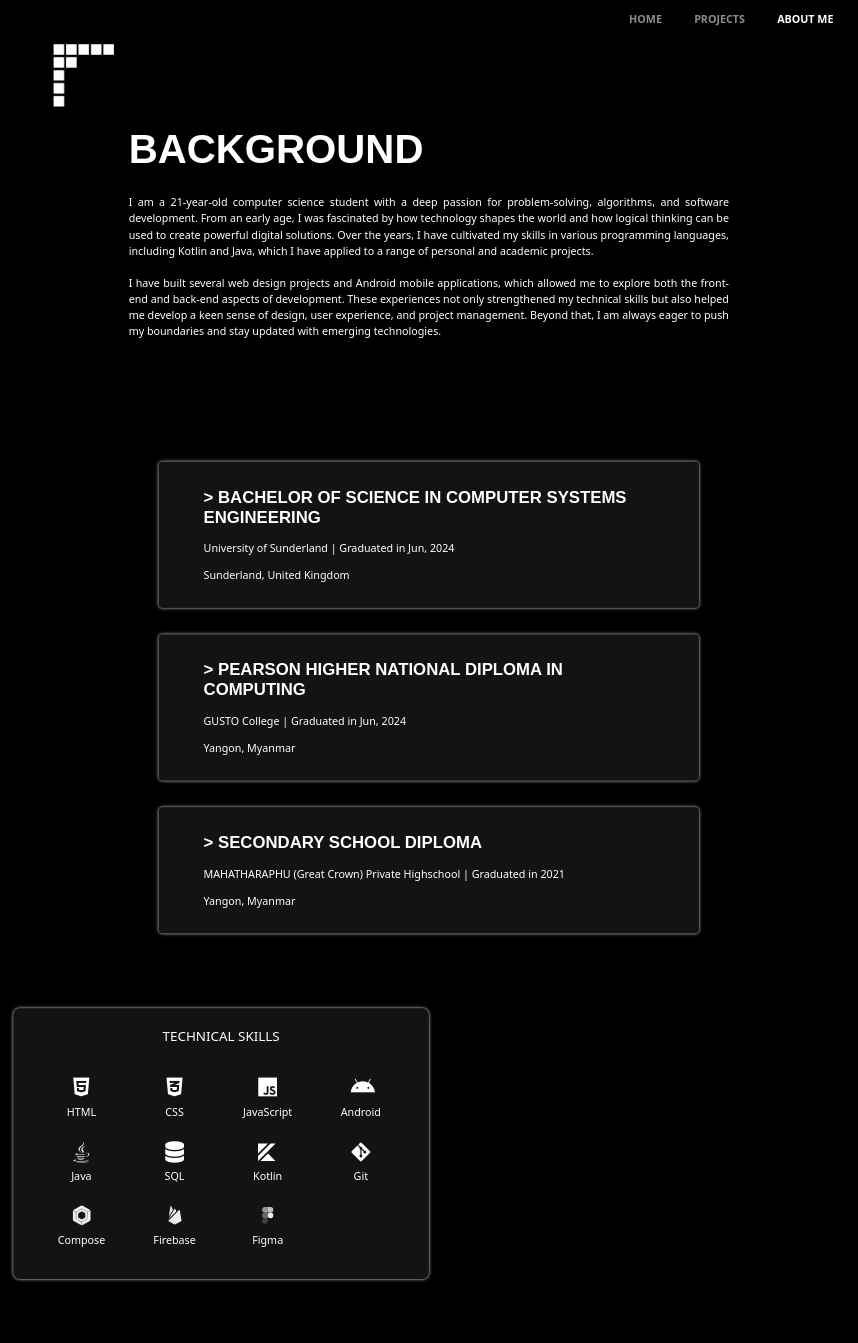
Repository: pyaestk/Portfolio-template
Page: aboutme.html
The author's editor kept a copy of each file at every save. The page is drawn from the files as they stood at one save, then again after the next save.
The browser window is 1280 px wide. The pictures show the whole page, at 67% of full size.
Some web fonts or font styles are not loaded; a fallback is used. Some web libraries are served in a nearby version.

Above is the page before, as saved 2025-05-24 13:11:03.
Console error: TypeError: Cannot read properties of null (reading 'addEventListener')

### aboutme.html
<!DOCTYPE html>

<html lang="en">

<head>
  <link href="https://cdn.jsdelivr.net/npm/bootstrap@5.3.5/dist/css/bootstrap.min.css" rel="stylesheet"
    integrity="sha384-SgOJa3DmI69IUzQ2PVdRZhwQ+dy64/BUtbMJw1MZ8t5HZApcHrRKUc4W0kG879m7" crossorigin="anonymous">
  <script src="https://cdn.jsdelivr.net/npm/bootstrap@5.3.5/dist/js/bootstrap.bundle.min.js"
    integrity="sha384-k6d4wzSIapyDyv1kpU366/PK5hCdSbCRGRCMv+eplOQJWyd1fbcAu9OCUj5zNLiq"
    crossorigin="anonymous"></script>
  <link rel="stylesheet" href="https://cdnjs.cloudflare.com/ajax/libs/font-awesome/6.1.2/css/all.min.css">
  <link href="styles.css" rel="stylesheet">

  <!-- google fonts -->
  <link rel="preconnect" href="https://fonts.googleapis.com">
  <link rel="preconnect" href="https://fonts.gstatic.com" crossorigin>
  <link href="https://fonts.googleapis.com/css2?family=Doto:wght@100..900&display=swap" rel="stylesheet">
  <link href="https://fonts.googleapis.com/css2?family=Roboto:ital,wght@0,100..900;1,100..900&display=swap"
    rel="stylesheet">

  <meta charset="utf-8">
  <meta name="viewport" content="width=device-width, initial-scale=1, minimum-scale=1, maximum-scale=1 ">

  <title>My Webpage</title>
</head>

<body class="bg-black">


  <nav class="navbar navbar-expand-lg bg-black navbar-dark sticky-top">
    <div class="container-fluid">
      <a class="navbar-brand" href="#"></a>
      <button class="navbar-toggler" type="button" data-bs-toggle="collapse" data-bs-target="#navbarNav"
        aria-controls="navbarNav" aria-expanded="false" aria-label="Toggle navigation">
        <span class="navbar-toggler-icon"></span>
      </button>
      <div class="collapse navbar-collapse justify-content-end" id="navbarNav">
        <ul class="navbar-nav text-center">
          <li class="nav-item px-3">
            <a class="nav-link" aria-current="page" href="index.html">HOME</a>
          </li>
          <li class="nav-item px-3">
            <a class="nav-link" href="projects.html">PROJECTS</a>
          </li>
          <li class="nav-item px-3">
            <a class="nav-link active" href="aboutme.html">ABOUT ME</a>
          </li>
        </ul>
      </div>
    </div>
  </nav>

  <div class="background-container text-white">
    <img src="img/decoration-block2.png" class="decoration-image-1" style="--delay: .2s;">

    <h4 class="title" style="--delay: .3s;">BACKGROUND</h4>
    <p style="--delay: .4s;">I am a 21-year-old computer science student with a deep passion for problem-solving,
      algorithms, and software development. From an early age, I was fascinated by how technology shapes the world and
      how logical thinking can be used to create powerful digital solutions. Over the years, I have cultivated my skills
      in various programming languages, including Kotlin and Java, which I have applied to a range of personal and
      academic projects.
      <br><br>
      I have built several web design projects and Android mobile applications, which allowed me to explore both the
      front-end and back-end aspects of development. These experiences not only strengthened my technical skills but
      also helped me develop a keen sense of design, user experience, and project management. Beyond that, I am always
      eager to push my boundaries and stay updated with emerging technologies.
      <!-- <br><br>
      Currently, I am particularly interested in deepening my knowledge in fields such as artificial intelligence,
      software engineering, and cybersecurity. I am constantly exploring new concepts through online courses, tutorials,
      and technical communities. My goal is to continue developing solutions that are not only technically sound but
      also meaningful and impactful.
      <br><br>
      Driven by curiosity and a desire to innovate, I see computer science as more than just a career path—it is a
      lifelong journey of learning, building, and contributing to technological advancement. -->
    </p>
  </div>


  <div class="education-container">
    <div class="card reveal3">
      <div class="card-body">
        <h4>> BACHELOR OF SCIENCE IN COMPUTER SYSTEMS ENGINEERING</h4>
        <p>University of Sunderland | Graduated in Jun, 2024</p>
        <span>Sunderland, United Kingdom</span>
      </div>
    </div>
    <div class="card reveal3">
      <div class="card-body">
        <h4>> PEARSON HIGHER NATIONAL DIPLOMA IN COMPUTING</h4>
        <p>GUSTO College | Graduated in Jun, 2024</p>
        <span>Yangon, Myanmar</span>
      </div>
    </div>
    <div class="card reveal3">
      <div class="card-body ">
        <h4>> SECONDARY SCHOOL DIPLOMA</h4>
        <p>MAHATHARAPHU (Great Crown) Private Highschool | Graduated in 2021</p>
        <span>Yangon, Myanmar</span>
      </div>
    </div>
  </div>

  <div class="container-fluid text-white my-5">
    <div class="row skills-container mx-2">

      <div class="col-12 col-md-6 mb-5 technical-skills reveal3">
        <h5 class="mb-5 text-center">TECHNICAL SKILLS</h5>

        <div class="row g-3">
          <div class="col-4 col-md-3 text-center">
            <i class="fa-brands fa-html5 fa-2x tech-icon"></i>
            <p>HTML</p>
          </div>
          <div class="col-4 col-md-3 text-center">
            <i class="fa-brands fa-css3-alt fa-2x tech-icon"></i>
            <p>CSS</p>
          </div>
          <div class="col-4 col-md-3 text-center">
            <i class="fa-brands fa-js fa-2x tech-icon"></i>
            <p>JavaScript</p>
          </div>
          <div class="col-4 col-md-3 text-center">
            <i class="fa-brands fa-android fa-2x tech-icon"></i>
            <p>Android</p>
          </div>
          <div class="col-4 col-md-3 text-center">
            <i class="fa-brands fa-java fa-2x tech-icon"></i>
            <p>Java</p>
          </div>
          <div class="col-4 col-md-3 text-center">
            <i class="fa-solid fa-database fa-2x tech-icon"></i>
            <p>SQL</p>
          </div>
          <div class="col-4 col-md-3 text-center">
            <svg xmlns="http://www.w3.org/2000/svg" viewBox="0 0 8 8" class="tech-icon">
              <path fill="currentColor" d="m1 8l3-3l3 3M0 5V1h4M0 8V6l5-5h2" />
            </svg>
            <p>Kotlin</p>
          </div>
          <div class="col-4 col-md-3 text-center">
            <i class="fa-brands fa-git-alt fa-2x tech-icon"></i>
            <p>Git</p>
          </div>
          <div class="col-4 col-md-3 text-center">
            <svg xmlns="http://www.w3.org/2000/svg" viewBox="0 0 128 128" class="tech-icon">
              <path fill="#ededed"
                d="M63.353.759c-2.022-.048-3.83.515-5.604 1.486L14.737 27.521l-1.716 1.01l-.808.555c-1.067.628-2.21 2.15-2.97 3.175l4.168 2.324l2.82 1.55l9.592 5.4l2.454 1.36c1.237-1.491 1.306-1.596 2.472-2.566l26.833-15.884c1.554-.85 3.964-1.976 5.736-1.936c1.769.041 4.04.556 5.552 1.476l23.485 13.342l2.944 1.637a26.5 26.5 0 0 1 3.825 3.052l18.723-11.19l-1.666-1.624c-1.893-1.528-2.544-1.815-3.864-2.497L69.664 2.637C67.932 1.582 65.38.807 63.353.759m.276 23.845c-.95 0-3.036.411-3.86.884l-27.905 16.57c-.823.472-1.655 1.983-2.13 2.801s-.837 2.452-.839 3.303l-.055 33.254c-.002.946.421 2.006.896 2.824s1.268 1.581 2.091 2.054l28.68 16.194c1.07.493 2.69.787 3.64.787s2.174-.147 3.709-.777l27.42-16.173c.824-.474 2.1-1.772 2.575-2.59c.475-.819 1.498-2.895 1.493-3.841l-.146-32.52c-.001-.945-.832-2.85-1.307-3.667c-.475-.82-2.284-2.36-3.108-2.833L67.623 25.58c-.824-.473-3.043-.977-3.994-.977Zm55.2 7.65l-1.163.725l-17.474 10.441c.42 1 .891 3.278.946 4.363l.002.01l.008.312v31.3a10.09 10.09 0 0 1-4.963 8.786l-25.434 15.315c-.922.545-3.108 1.394-5.452 1.841l.002 1.516l-.037 7.825l-.006 3.775l.043 8.781c1.255-.01 3.339-.766 4.423-1.36l.317-.182l.009-.004l44.498-26.253a11.54 11.54 0 0 0 5.666-10.048V37.734c-.014-1.458-.72-4.093-1.385-5.48M8.47 33.817l-.415 1.949c-.352 2.928-.29 3.223-.202 4.705l-.012 49.185c-.02 2.027-.099 4.84.899 6.606c.993 1.762 2.916 2.799 4.657 3.827l45.2 25.602l.008.004l.318.179c1.399.644 2.986 1.145 4.592 1.241l.012-4.872l.004-3.748l-.006-11.404l-.006-1.81c-1.809-.118-3.218-.654-4.14-1.199l-27.041-15.14c-1.527-.9-3.437-1.913-4.308-3.455c-.87-1.543-1.252-3.886-1.235-5.658l.017-29.064l.008-2.096c.061-1.414.277-2.403.687-4.15zm55.323 4.77c.612 0 2.044.327 2.575.632l17.503 9.854c.531.304 1.698 1.3 2.004 1.826c.306.528.84 1.754.84 2.363l.096 20.959c.002.609-.655 1.948-.963 2.476c-.306.528-1.127 1.363-1.657 1.668L66.52 88.79c-.99.406-1.78.505-2.394.505c-.612 0-1.653-.192-2.342-.51L43.297 78.349a3.8 3.8 0 0 1-1.348-1.324c-.306-.528-.579-1.212-.578-1.82l.035-21.431c0-.548.235-1.602.54-2.13c.307-.528.844-1.5 1.374-1.804l17.985-10.68c.531-.305 1.877-.57 2.489-.57z" />
            </svg>
            <p>Compose</p>
          </div>
          <div class="col-4 col-md-3 text-center">
            <svg xmlns="http://www.w3.org/2000/svg" viewBox="0 0 24 24" class="tech-icon">
              <rect width="24" height="24" fill="none" />
              <path fill="#ededed"
                d="m20 18.69l-7.3 4.05q-.75.39-1.5 0L4 18.69L17.05 5.54l.35-.1c.3 0 .47.13.5.4zM9.35 5.74L4.8 13.29L6.7 1.34c.03-.27.2-.4.5-.4c.2 0 .33.06.4.25l2.15 3.95zM13.85 7L4.3 16.59l7.25-12.3c.1-.2.25-.29.45-.29s.33.09.4.29z" />
            </svg>
            <p>Firebase</p>
          </div>
          <div class="col-4 col-md-3 text-center">
            <svg xmlns="http://www.w3.org/2000/svg" viewBox="0 0 24 24" class="tech-icon">
              <rect width="24" height="24" fill="none" />
              <path fill="#ededed" d="M11.667 2H8.333a3.333 3.333 0 1 0 0 6.667h3.334z" opacity="0.6" />
              <path fill="#ededed" d="M11.667 8.667H8.333a3.333 3.333 0 0 0 0 6.666h3.334z" opacity="0.4" />
              <path fill="#ededed" d="M18.333 12a3.333 3.333 0 1 1-6.667 0a3.333 3.333 0 0 1 6.667 0" />
              <path fill="#ededed" d="M8.333 15.334h3.334v3.333a3.333 3.333 0 1 1-3.334-3.334" opacity="0.2" />
              <path fill="#ededed" d="M11.666 2h3.333a3.333 3.333 0 1 1 0 6.667h-3.333z" opacity="0.8" />
            </svg>
            <p>Figma</p>
          </div>
        </div>
      </div>
    </div>
  </div>

  <script src="script.js"></script>
</body>

</html>

### styles.css
* {
  margin: 0;
  padding: 0;
}
html {
  scroll-behavior: smooth;
}


/* index.html */

video {
  object-fit: cover;
  width: 100vw;
  height: 100vh;
  position: fixed;
  top: 0;
  left: 0;
  z-index: -1;
  filter: brightness(50%) grayscale(100%);
  transform: scaleX(-1);
  mask-image: linear-gradient(to right, black 0%, transparent 90%);
}
.navbar-nav a {
  font-weight: bolder;
}

.intro-container {
  display: flex;
  justify-content: center;
  align-items: start;
  flex-direction: column;
  flex-wrap: wrap;
  min-height: 90vh;
  padding: 50px 0;
}
.intro-text p {
  font-size: 20px;
  text-align: start;
  padding-right: 30%;
}
.my-role {
  font-size: 25px;
}
.my-name {
  font-family: "Doto", sans-serif;
  font-size: 60px;
  font-weight: bolder;
  max-lines: 3;
}

.social-links {
  display: flex;
  align-items: center;
  flex-direction: row;
  justify-content: start; /* or center if you want them centered */
  margin-top: 50px;
}
.social-links a {
  display: inline-flex; /* So the <a> fits nicely around icon */
  align-items: center;
  justify-content: center;
}
.social-links svg {
  width: 30px;
  height: 30px;

}
.social-links .linkedin {
  padding: 0 50px;
}
.intro-btns button{
  margin-top: 20px;
  width: 200px;
  height: 50px;
  margin-right: 20px;
  font-weight: bolder;
}






/* projects.html */

.projects-container {
  width: 100%;
  height: auto;
  display: flex;
  justify-content: space-evenly;
  align-items: center;
  flex-direction: row;
  flex-wrap: wrap;
  padding: 5% 5%;
}
.project-intro{
  width: 30%;
  height: auto;
  position: sticky;
  top: 120px; /* Adjust this value as needed */
  align-self: flex-start; /* Align to the start of the container */
}
.projects-list-container {
  width: 70%;
  display: flex;
  justify-content: center;
  align-items: center;
  flex-direction: column;
}

.projects-list{
  display: grid;
  grid-template-columns: repeat(auto-fit, minmax(350px, 1fr));
  gap: 30px;
}
.project-intro h1 {
  font-size: 55px;
  color: white;
  font-family: "Doto", sans-serif;
  font-weight: bolder;
}

.projects-container .card {
  box-shadow: 0 0 5px rgb(255, 255, 255);
  height: auto;
  background-color: rgba(29, 29, 29, 0.671);
  display: flex;
  justify-content: center;
  align-items: center;
  flex-direction: column;
  padding: 10px;
  color: white;
}
.projects-container .card-body{
  padding: 20px 10px 10px 10px;
}
.projects-container .card:hover {
  box-shadow: 0 0 15px rgb(255, 255, 255);
  transition: all 0.2s ease-in-out;
}




/* education.html */
.education-container {
  width: 100%;
  height: auto;
  display: flex;
  justify-content: space-evenly;
  align-items: center;
  flex-direction: column;
  flex-wrap: wrap;
  padding: 5% 5%;
  gap: 40px;
}

.education-container .card {
  width: 70%;
  height: auto;
  background-color: rgba(29, 29, 29, 0.671);
  padding: 20px 50px;
  color: white;
  box-shadow: 0 0 5px rgb(255, 255, 255);
}


.education-container .card:hover {
  box-shadow: 0 0 15px rgb(255, 255, 255);
  transition: all 0.2s ease-in-out;
}

.education-container .card h4 {
  font-size: 25px;
  color: white;
  font-family: "Doto", sans-serif;
  font-weight: bolder;
  margin-bottom: 20px;
}



/* about me.html */
.background-container {
  position: relative; /* Needed for absolute child positioning */
  width: 100%;
  display: flex;
  justify-content: center;
  align-items: start;
  flex-direction: column;
  padding: 8% 15%;
}

.background-container h4 {
  font-size: 60px;
  font-weight: bolder;
  font-family: "Doto", sans-serif;
  margin-top: 30px;
  margin-bottom: 30px;
}
.background-container p {
  text-align: justify;
}

.decoration-image-1 {
  position: absolute; /* Take it out of flow */
  top: 10px;
  left: 80px;
  width: 90px;
  height: auto;
  pointer-events: none; /* Prevents accidental clicks */
  user-select: none;
}



.technical-skills{
  background-color: rgba(29, 29, 29, 0.671);
  box-shadow: 0 0 5px rgb(255, 255, 255);
  color: white;
  border-radius: 10px;
  padding: 30px 40px;
  text-align: start;
}

.technical-skills:hover{
  box-shadow: 0 0 15px rgb(255, 255, 255);
  transition: all 0.2s ease-in-out;
}

.tech-icon{
  width: 30px;
  height: 30px;
  margin-bottom: 10px;
}

.contact-container {
  width: 100%;
  height: auto;
  display: flex;
  justify-content: center;
  align-items: center;
  flex-direction: column;
  padding: 5% 5%;
}




/* on load animation */
.intro-body h1,
.intro-body p,
.intro-body .intro-btns,
.projects-container .card,
.project-intro h1, .project-intro p,
.background-container h4,
.background-container p,
.background-container image{
  display: block;
  opacity: 0;
  animation: reveal 0.5s forwards var(--delay);
}
@keyframes reveal {
  /* from { translate: - 20px; }
  to { translate: none; opacity: 1;} */
  from {
    transform: translateY(10px);
  }
  to {
    transform: translateY(0);
    opacity: 1;
  }
}

/* on scroll animation */

.reveal1 {
  position: relative;
  transform: translateX(70px);
  opacity: 0;
  transition: 1.1s all ease;
}
.reveal1.active {
  transform: translateX(0);
  opacity: 1;
}

.reveal2 {
  position: relative;
  transform: translateX(-70px);
  opacity: 0;
  transition: 1.1s all ease;
}
.reveal2.active2 {
  transform: translateX(0);
  opacity: 1;
}

.reveal3 {
  position: relative;
  transform: translateY(50px);
  opacity: 0;
  transition: 1.1s all ease;
}
.reveal3.active3 {
  transform: translateX(0);
  opacity: 1;
}




/* for small screen size */

@media (max-width: 1170px) {

  /* index.html */
  .intro-body {
    margin-top: 50px;
    margin-bottom: 50px;
    text-align: center;
  }
  .my-role {
    font-size: 20px;
  }
  .my-name {
    font-size: 27px;
  }
  .intro-text p {
    text-align: center;
    font-size: 15px;
    padding-right: 0;
  }

  /* projects.html */
  .projects-container {
    width: 100%;
    height: auto;
    display: flex;
    justify-content: space-evenly;
    align-items: center;
    flex-direction: row;
    flex-wrap: wrap;
    padding: 0px;
    gap: 40px;
  }
  .project-intro{
    width: auto;
    position: static;
    margin-top: 30px;
  }
  .projects-list{
    display: grid;
    grid-template-columns: repeat(auto-fit, minmax(280px, 1fr));
    gap: 30px;
  }
  .project-intro h1 {
    font-size: 35px;
    margin-top: 30px;
  }
  .project-intro p {
    font-size: 13px;
  }
  .intro-btns button{
    margin-left: 20px;
  }

  .projects-list-container {
    width: 80%;
  }
  .projects-list-container .card{
    margin-bottom: 20px;
  }
  .projects-list-container .card-text{
    font-size: 13px;
  }


  /* education.html */
  .education-container{
    padding: 10% 0%;
    gap: 30px;
  }

  .education-container .card h4{
    font-size: 20px;
  }
  .education-container p{
    font-size: 13px;
  }
  .education-container .card span {
    font-size: 13px;
  }

  .education-container .card {
    box-shadow: 0 0 10px rgb(255, 255, 255);
    padding: 15px 15px;
    width: 85%;
  }

  /* about me.html */
  .background-container {
    align-items: center;
  }
  .background-container h4 {
    font-size: 40px;
    margin-top: 55px;
  }
  .background-container p {
    font-size: 13px;
    padding-right: 0;
    text-align: justify;
  }
  .decoration-image-1 {
    position: absolute; /* Take it out of flow */
    top: 20px;
    left: 40px;
    width: 50px;
  }

  .skills-container {
    padding: 15px 15px;
  }
  .skills-container h5 {
    font-size: 23px;
  }
  .skills-container h6 {
    font-size: 18px;
  }
  .skills-container p {
    font-size: 13px;
  }

}

### script.js
/* on scroll animation */
function reveal() {
  var reveals3 = document.querySelectorAll(".reveal3");
  for (var i = 0; i < reveals3.length; i++) {
    var windowHeight = window.innerHeight;
    var elementTop = reveals3[i].getBoundingClientRect().top;
    var elementVisible = 50;
    if (elementTop < windowHeight - elementVisible) {
      reveals3[i].classList.add("active3");
    } else {
      reveals3[i].classList.remove("active3");
    }
  }
}
// Also run reveal() on scroll
window.addEventListener("scroll", reveal);

//download CV
document.getElementById("downloadBtn").addEventListener("click", function () {
  const fileUrl = "my cv.pdf"; // PDF file in the same folder

  const a = document.createElement("a");
  a.href = fileUrl;
  a.download = "CV.pdf"; // The filename when downloaded

  document.body.appendChild(a);
  a.click();
  document.body.removeChild(a);
});

After the next save:
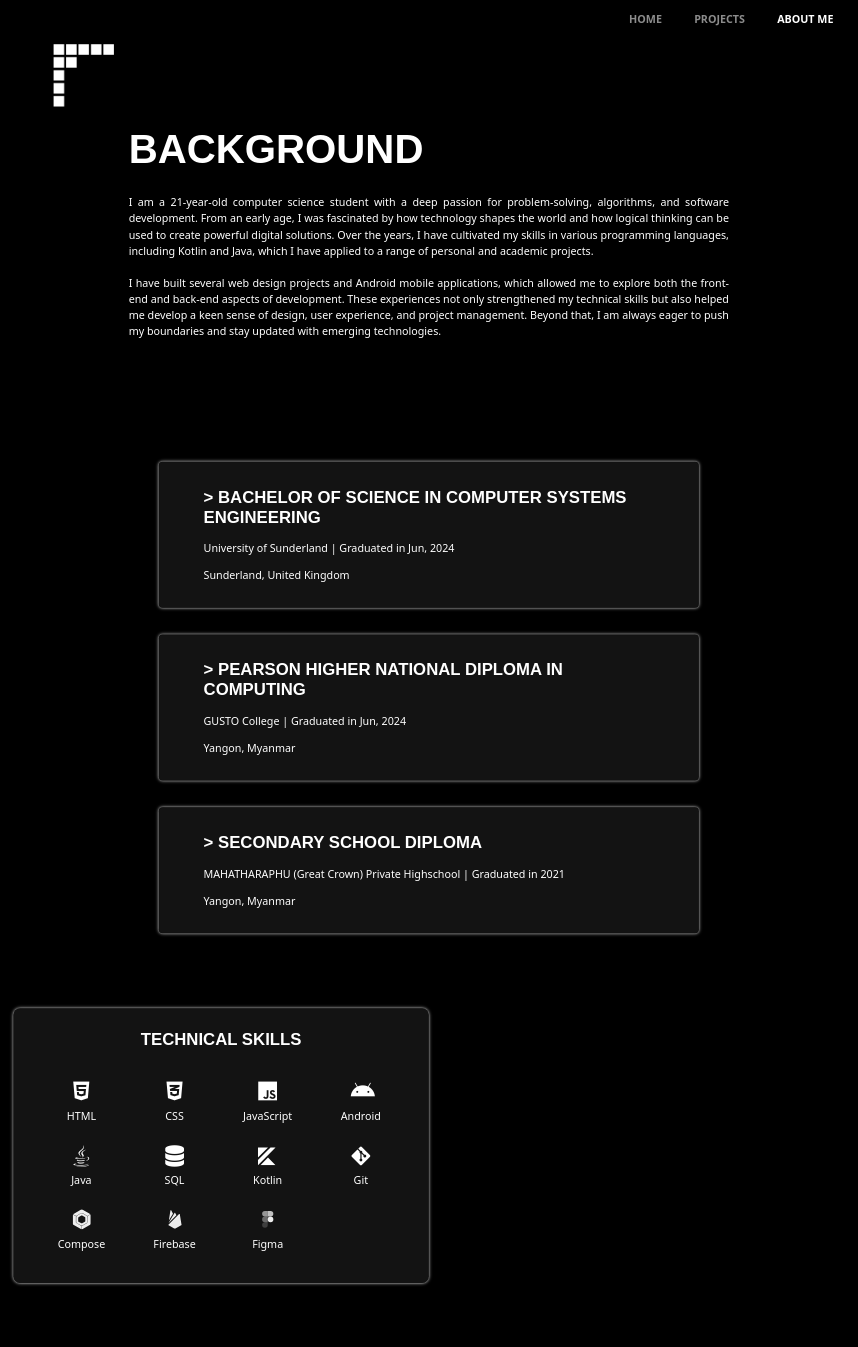
Saved 25 s later.
--- a/styles.css
+++ b/styles.css
@@ -214,7 +214,12 @@ video {
 }
 
 
-
+.skills-container h5 {
+  font-size: 25px;
+  font-weight: bolder;
+  font-family: "Doto", sans-serif;
+
+}
 .technical-skills{
   background-color: rgba(29, 29, 29, 0.671);
   box-shadow: 0 0 5px rgb(255, 255, 255);
